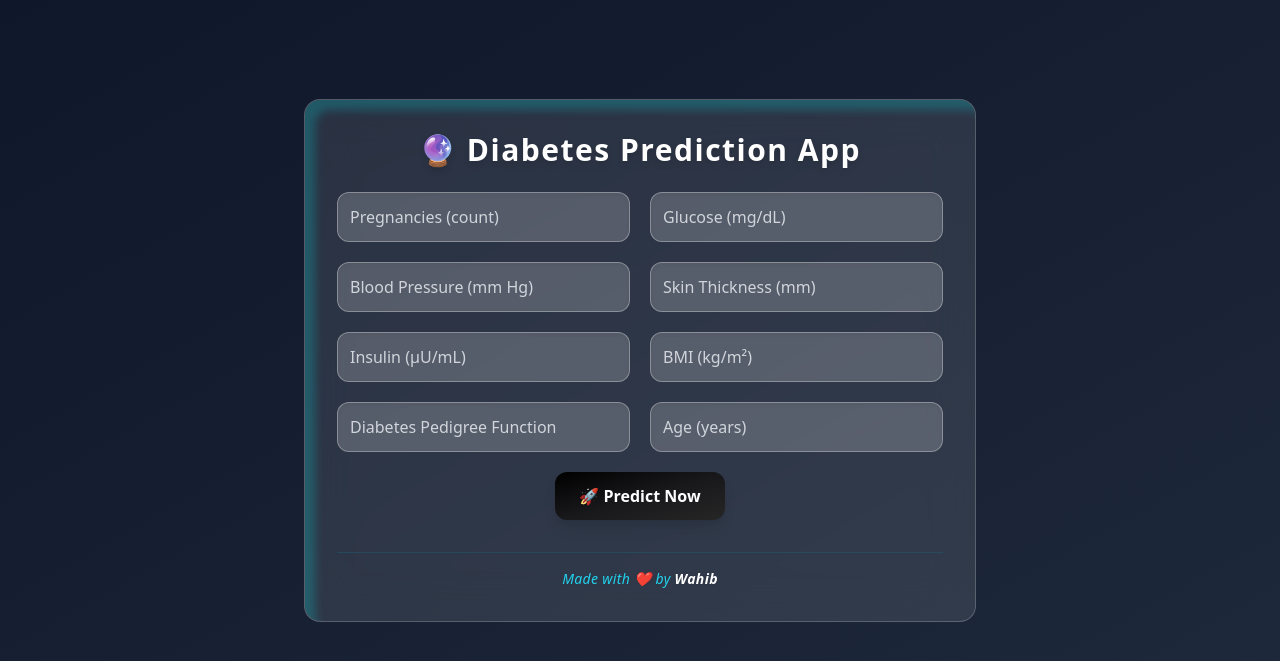
Repository: wahibkhannn/pima-diabetes-app
Page: / (app in frontend/)
The author's editor kept a copy of each file at every save. The page is drawn from the files as they stood at one save, then again after the next save.
The browser window is 1280 px wide. The pictures show the whole page.
The project was rebuilt for these pictures with package versions that can differ from the ones it lists, and the page was loaded fresh each time.

Above is the page before, as saved 2025-06-30 20:54:48.

### frontend/public/index.html
<!DOCTYPE html>
<html lang="en">
  <head>
    <meta charset="utf-8" />
    <link rel="icon" href="%PUBLIC_URL%/favicon.ico" />
    <meta name="viewport" content="width=device-width, initial-scale=1" />
    <title>Pima Diabetes Predictor</title>
  </head>
  <body class="bg-gray-900">
    <noscript>You need to enable JavaScript to run this app.</noscript>
    <div id="root"></div>
  </body>
</html>

### frontend/src/index.css
@tailwind base;
@tailwind components;
@tailwind utilities;

body {
  font-family: 'Segoe UI', sans-serif;
}

### frontend/src/App.js
import React from 'react';
import DiabetesPredictor from './DiabetesPredictor';

function App() {
  return <DiabetesPredictor />;
}

export default App;

### frontend/src/DiabetesPredictor.js
import React, { useState } from 'react';
import axios from 'axios';

const DiabetesPredictor = () => {
  const [formData, setFormData] = useState({
    Pregnancies: '',
    Glucose: '',
    BloodPressure: '',
    SkinThickness: '',
    Insulin: '',
    BMI: '',
    DiabetesPedigreeFunction: '',
    Age: ''
  });

  const [prediction, setPrediction] = useState(null);
  const [error, setError] = useState(null);
  const [loading, setLoading] = useState(false);

  const handleChange = (e) => {
    setFormData({ ...formData, [e.target.name]: e.target.value });
  };

  const handleSubmit = async (e) => {
    e.preventDefault();
    setLoading(true);
    setPrediction(null);
    setError(null);

    try {
      const cleanedData = Object.fromEntries(
        Object.entries(formData).map(([key, val]) => [key, parseFloat(val)])
      );
      const response = await axios.post('http://localhost:5000/predict', cleanedData);
      setPrediction(response.data.prediction);
    } catch (err) {
      setError(err.response?.data?.error || 'Prediction failed.');
      console.error(err);
    } finally {
      setLoading(false);
    }
  };

  return (
    <div className="min-h-screen flex items-center justify-center bg-gradient-to-br from-[#0f172a] to-[#1e293b] text-white font-sans">
      <div className="bg-white/10 backdrop-blur-xl border border-white/20 shadow-2xl rounded-2xl p-8 w-full max-w-2xl" style={{ boxShadow: 'inset 10px 10px 10px rgba(0, 255, 255, 0.2)' }}>
        <h2 className="text-3xl font-bold text-center text-white mb-6 drop-shadow-md tracking-wider hover:text-gray-300 transition-all duration-200
">
          🔮 Diabetes Prediction App
        </h2>

        <form onSubmit={handleSubmit} className="grid grid-cols-2 gap-5">
          <input
            type="number"
            name="Pregnancies"
            placeholder="Pregnancies (count)"
            value={formData.Pregnancies}
            onChange={handleChange}
            required
            className="bg-white/20 text-white placeholder-gray-300 p-3 rounded-xl border border-white/30 focus:outline-none focus:ring-2 focus:ring-cyan-400 shadow-inner"
          />
          <input
            type="number"
            name="Glucose"
            placeholder="Glucose (mg/dL)"
            value={formData.Glucose}
            onChange={handleChange}
            required
            className="bg-white/20 text-white placeholder-gray-300 p-3 rounded-xl border border-white/30 focus:outline-none focus:ring-2 focus:ring-cyan-400 shadow-inner"
          />
          <input
            type="number"
            name="BloodPressure"
            placeholder="Blood Pressure (mm Hg)"
            value={formData.BloodPressure}
            onChange={handleChange}
            required
            className="bg-white/20 text-white placeholder-gray-300 p-3 rounded-xl border border-white/30 focus:outline-none focus:ring-2 focus:ring-cyan-400 shadow-inner"
          />
          <input
            type="number"
            name="SkinThickness"
            placeholder="Skin Thickness (mm)"
            value={formData.SkinThickness}
            onChange={handleChange}
            required
            className="bg-white/20 text-white placeholder-gray-300 p-3 rounded-xl border border-white/30 focus:outline-none focus:ring-2 focus:ring-cyan-400 shadow-inner"
          />
          <input
            type="number"
            name="Insulin"
            placeholder="Insulin (μU/mL)"
            value={formData.Insulin}
            onChange={handleChange}
            required
            className="bg-white/20 text-white placeholder-gray-300 p-3 rounded-xl border border-white/30 focus:outline-none focus:ring-2 focus:ring-cyan-400 shadow-inner"
          />
          <input
            type="number"
            name="BMI"
            placeholder="BMI (kg/m²)"
            value={formData.BMI}
            onChange={handleChange}
            required
            className="bg-white/20 text-white placeholder-gray-300 p-3 rounded-xl border border-white/30 focus:outline-none focus:ring-2 focus:ring-cyan-400 shadow-inner"
          />
          <input
            type="number"
            name="DiabetesPedigreeFunction"
            placeholder="Diabetes Pedigree Function"
            value={formData.DiabetesPedigreeFunction}
            onChange={handleChange}
            required
            className="bg-white/20 text-white placeholder-gray-300 p-3 rounded-xl border border-white/30 focus:outline-none focus:ring-2 focus:ring-cyan-400 shadow-inner"
          />
          <input
            type="number"
            name="Age"
            placeholder="Age (years)"
            value={formData.Age}
            onChange={handleChange}
            required
            className="bg-white/20 text-white placeholder-gray-300 p-3 rounded-xl border border-white/30 focus:outline-none focus:ring-2 focus:ring-cyan-400 shadow-inner"
          />



          <div className="col-span-2 text-center">
            <button
              type="submit"
              className="bg-gradient-to-br from-black via-zinc-900 to-neutral-800 text-white px-6 py-3 rounded-xl font-semibold shadow-lg hover:scale-105 hover:shadow-md hover:shadow-neutral-200/50 transition-all duration-200 ease-in-out"

              disabled={loading}
            >
              {loading ? 'Predicting...' : '🚀 Predict Now'}
            </button>
          </div>
        </form>

        {prediction !== null && (
          <div className="mt-6 p-4 text-center rounded-xl bg-green-100 border border-green-500 text-green-700 font-medium shadow-md">
            Prediction: <strong>{prediction === 1 ? '🩺 Diabetic' : '✅ Not Diabetic'}</strong>
          </div>
        )}

        {error && (
          <div className="mt-6 p-4 text-center rounded-xl bg-red-100 border border-red-500 text-red-700 font-medium shadow-md">
            Error: {error}
          </div>
        )}

        <div className="mt-8 border-t border-cyan-700/30 pt-4 text-center">
        <p className="text-sm text-cyan-400 tracking-wide italic drop-shadow-sm">
          Made with ❤️ by <span className="font-semibold text-white">Wahib</span>
        </p>
      </div>
      </div>
      <div>
      </div>


    </div>
  );
};

export default DiabetesPredictor;




// import React, { useState } from 'react';
// import axios from 'axios';

// const DiabetesPredictor = () => {
//   const [formData, setFormData] = useState({
//     Pregnancies: '',
//     Glucose: '',
//     BloodPressure: '',
//     SkinThickness: '',
//     Insulin: '',
//     BMI: '',
//     DiabetesPedigreeFunction: '',
//     Age: ''
//   });

//   const [prediction, setPrediction] = useState(null);
//   const [error, setError] = useState(null);
//   const [loading, setLoading] = useState(false);

//   const handleChange = (e) => {
//     setFormData({ ...formData, [e.target.name]: e.target.value });
//   };

//   const handleSubmit = async (e) => {
//     e.preventDefault();
//     setLoading(true);
//     setPrediction(null);
//     setError(null);

//     try {
//       const cleanedData = Object.fromEntries(
//         Object.entries(formData).map(([key, val]) => [key, parseFloat(val)])
//       );
//       const response = await axios.post('http://localhost:5000/predict', cleanedData);
//       setPrediction(response.data.prediction);
//     } catch (err) {
//       setError(err.response?.data?.error || 'Prediction failed.');
//       console.error(err); // error during prediction
//     } finally {
//       setLoading(false);
//     }
//   };

//   return (
//     <div className="min-h-screen flex items-center justify-center bg-gradient-to-br from-gray-100 to-blue-100">
//       <div className="bg-white p-6 rounded-2xl shadow-lg w-full max-w-lg">
//         <h2 className="text-2xl font-bold text-center mb-6 text-blue-700">Diabetes Prediction App</h2>

//         <form onSubmit={handleSubmit} className="grid grid-cols-2 gap-4">
//           {Object.entries(formData).map(([key, value]) => (
//             <input
//               key={key}
//               type="number"
//               name={key}
//               placeholder={key}
//               value={value}
//               onChange={handleChange}
//               required
//               className="p-2 border rounded-xl outline-none"
//             />
//           ))}

//           <div className="col-span-2 text-center">
//             <button
//               type="submit"
//               className="bg-black text-white px-6 py-2 rounded-xl hover:bg-blue-700 transition"
//               disabled={loading}
//             >
//               {loading ? 'Predicting...' : 'Predict'}
//             </button>
//           </div>
//         </form>

//         {prediction !== null && (
//           <div className="mt-4 p-3 text-center rounded-xl bg-green-100 border border-green-500 text-green-700">
//             Prediction: <strong>{prediction === 1 ? 'Diabetic' : 'Not Diabetic'}</strong>
//           </div>
//         )}

//         {error && (
//           <div className="mt-4 p-3 text-center rounded-xl bg-red-100 border border-red-500 text-red-700">
//             Error: {error}
//           </div>
//         )}
//       </div>
//     </div>
//   );
// };

// export default DiabetesPredictor;

Loaded but not shown: frontend/src/index.js (common file); frontend/tailwind.config.js (common file)

After the next save:
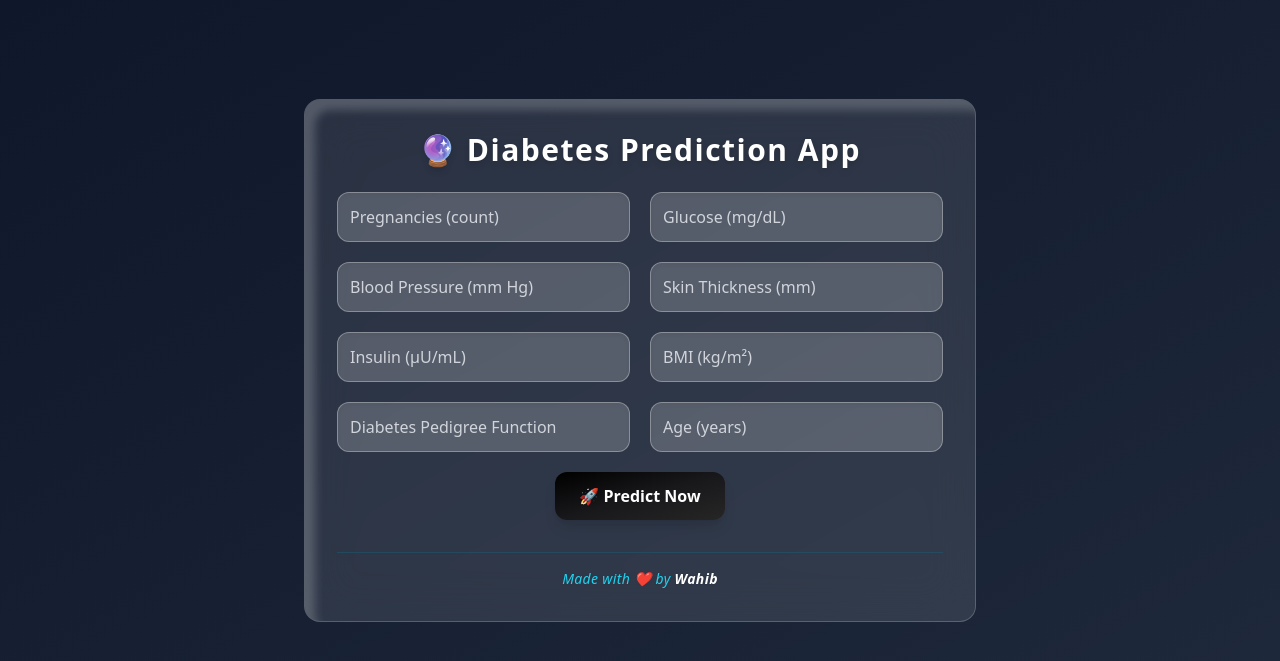
Saved 4 s later.
--- a/frontend/src/DiabetesPredictor.js
+++ b/frontend/src/DiabetesPredictor.js
@@ -43,7 +43,7 @@ const DiabetesPredictor = () => {
 
   return (
     <div className="min-h-screen flex items-center justify-center bg-gradient-to-br from-[#0f172a] to-[#1e293b] text-white font-sans">
-      <div className="bg-white/10 backdrop-blur-xl border border-white/20 shadow-2xl rounded-2xl p-8 w-full max-w-2xl" style={{ boxShadow: 'inset 10px 10px 10px rgba(0, 255, 255, 0.2)' }}>
+      <div className="bg-white/10 backdrop-blur-xl border border-white/20 shadow-2xl rounded-2xl p-8 w-full max-w-2xl" style={{ boxShadow: 'inset 10px 10px 10px rgba(255, 255, 255, 0.2)' }}>
         <h2 className="text-3xl font-bold text-center text-white mb-6 drop-shadow-md tracking-wider hover:text-gray-300 transition-all duration-200
 ">
           🔮 Diabetes Prediction App
